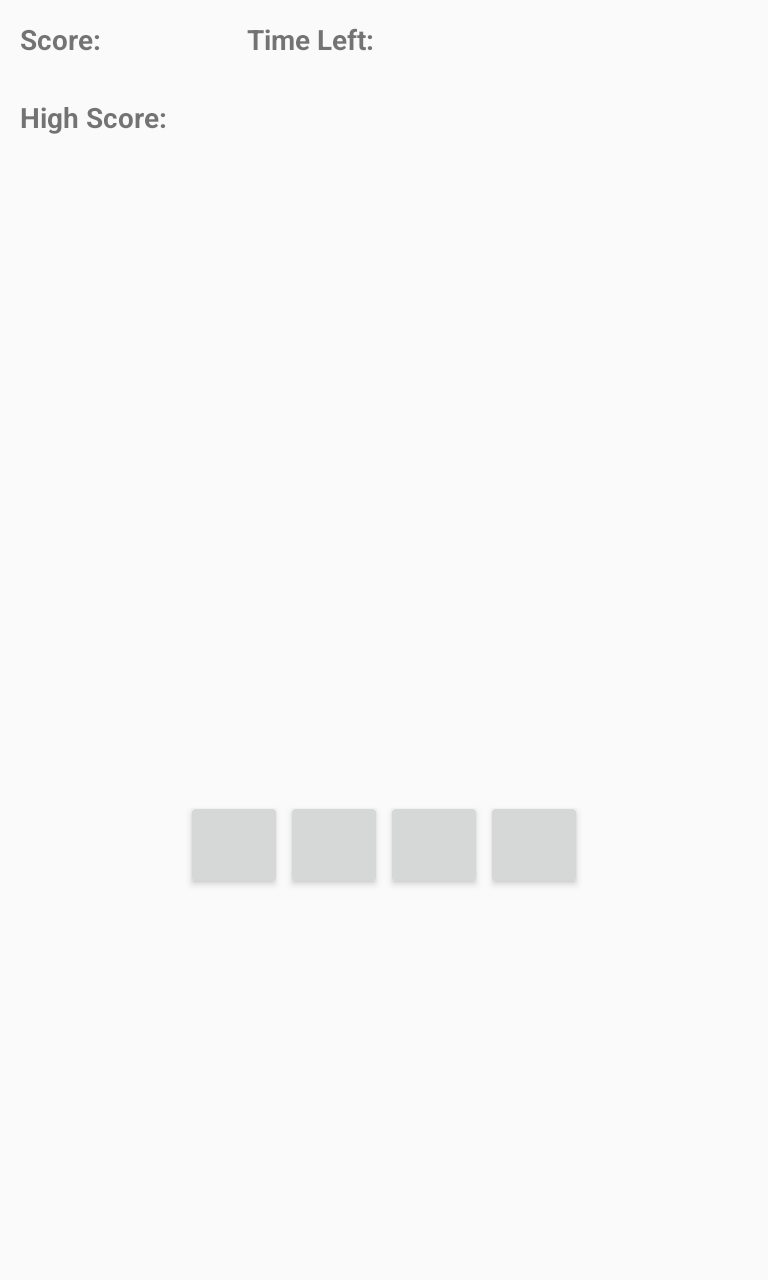
Repository: JoanneCaroll/Mathbomb
Layout: MathBomb/res/layout/activity_startgame.xml
An editor plug-in stored every save of this project. The layout is shown before and after the next save, followed by the edit.
It is drawn on a 768 x 1280 px phone screen (xhdpi) without system bars, with theme AppTheme; the app's code is not run.

Above is the layout before, as saved 2014-11-12 11:11:42.

### MathBomb/res/layout/activity_startgame.xml
<LinearLayout xmlns:android="http://schemas.android.com/apk/res/android"
    android:layout_gravity="center"
    android:orientation="vertical"
    android:layout_width="match_parent"
    android:layout_height="match_parent" >

	<TableLayout
	    android:layout_width="match_parent"
	    android:layout_height="wrap_content"
	    android:orientation="horizontal" >
	    <TableRow>
		    <TextView
		        android:padding="10dp"
		        android:id="@+id/score"
		        android:layout_width="wrap_content"
		        android:layout_height="wrap_content"
		        android:text="@string/score"
		        android:textStyle="bold" />
		    <TextView
		        android:id="@+id/showscore"
		        android:layout_width="20dp"
		        android:layout_height="wrap_content" />

		   <TextView
		        android:padding="10dp"
		        android:id="@+id/time"
		        android:layout_width="wrap_content"
		        android:layout_height="wrap_content"
		        android:text="@string/timeleft"
		        android:textStyle="bold" />
		    <TextView
		        android:id="@+id/showtimeleft"
		        android:layout_width="wrap_content"
		        android:layout_height="wrap_content" />
	    </TableRow>
	    <TableRow>
	    <TextView
		        android:padding="10dp"
		        android:id="@+id/highscore"
		        android:layout_width="wrap_content"
		        android:layout_height="wrap_content"
		        android:text="@string/highscore"
		        android:textStyle="bold" />
		    <TextView
		        android:id="@+id/showhighscore"
		        android:layout_width="wrap_content"
		        android:layout_height="wrap_content" />
		 </TableRow>
	</TableLayout>

    <RelativeLayout
            android:gravity="center"
            android:layout_width="match_parent"
            android:layout_height="wrap_content"
            android:padding="10dp" >

	     <TextView
		    android:id="@+id/integer1"
		    android:layout_width="wrap_content"
		    android:layout_height="wrap_content"
		    android:padding="5dp"
		    android:textSize="50dp" />
		 <TextView
		    android:layout_toRightOf="@id/integer1"
		    android:id="@+id/operator"
		    android:layout_width="wrap_content"
		    android:layout_height="wrap_content"
		    android:padding="5dp"
		    android:textSize="50dp" />
		 <TextView
		    android:layout_toRightOf="@id/operator"
		    android:id="@+id/integer2"
		    android:layout_width="wrap_content"
		    android:layout_height="wrap_content"
		    android:padding="5dp"
		    android:textSize="50dp" />

    </RelativeLayout>

	<TextView
	    	android:layout_gravity="center"
		    android:id="@+id/showresult"
		    android:layout_width="wrap_content"
		    android:layout_height="wrap_content"
		    android:textSize="15dp"
		    android:textStyle="bold"
		    android:padding="5dp" />

	<RelativeLayout
	        android:layout_width="match_parent"
	        android:layout_height="wrap_content"
	        android:gravity="center" >

		    <Button
		        android:layout_alignParentBottom="true"
		        android:id="@+id/choice1"
		        android:layout_width="50dp"
		        android:layout_height="wrap_content" />
		    <Button
		        android:layout_alignParentBottom="true"
		        android:id="@+id/choice2"
		        android:layout_toRightOf="@id/choice1"
		        android:layout_width="50dp"
		        android:layout_height="wrap_content" />
		    <Button
		        android:layout_alignParentBottom="true"
		        android:id="@+id/choice3"
		        android:layout_toRightOf="@id/choice2"
		        android:layout_width="50dp"
		        android:layout_height="wrap_content" />
		     <Button
		        android:layout_alignParentBottom="true"
		        android:id="@+id/choice4"
		        android:layout_toRightOf="@id/choice3"
		        android:layout_width="50dp"
		        android:layout_height="wrap_content" />

	</RelativeLayout>

</LinearLayout>

### MathBomb/res/values/strings.xml
<?xml version="1.0" encoding="utf-8"?>
<resources>

    <string name="app_name">MathBomb</string>
    <string name="action_settings">Settings</string>
    <string name="score">Score: </string>
    <string name="timeleft">Time Left: </string>
    <string name="highscore">High Score: </string>
    <string name="highscoretitle">HIGH SCORE</string>
    <string name="ok">Ok</string>
	<string name="setRange">Choose Range of Numbers: </string>

	<string name="menuplay">Play!</string>
	<string name="menuhighscore">High Score</string>
	<string name="menuhowtoplay">How to Play</string>
	<string name="menusettings">Settings</string>
	<string name="menuexit">Exit</string>

</resources>

Loaded but not shown: MathBomb/res/values/styles.xml (common file); MathBomb/res/values-v11/styles.xml (common file); MathBomb/res/values-v14/styles.xml (common file)

After the next save:
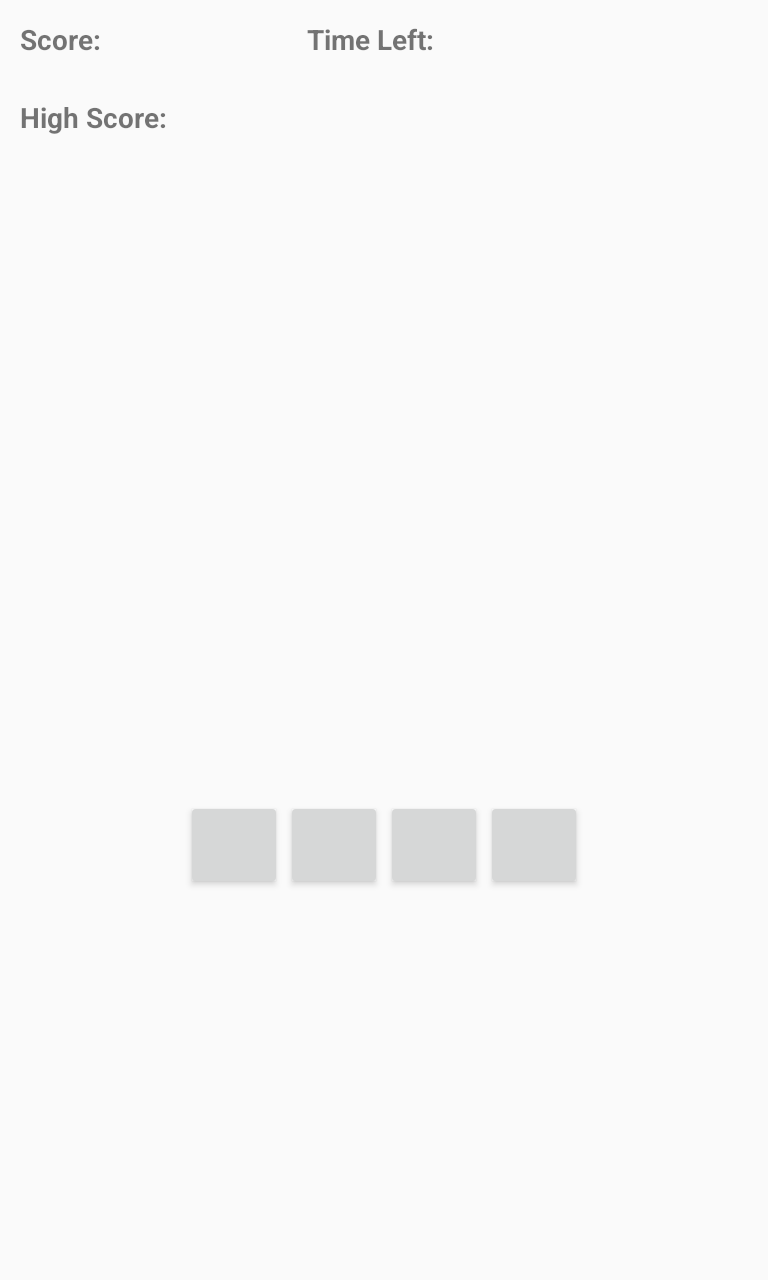
Saved 64 s later.
--- a/MathBomb/res/layout/activity_startgame.xml
+++ b/MathBomb/res/layout/activity_startgame.xml
@@ -18,7 +18,7 @@
 		        android:textStyle="bold" />
 		    <TextView
 		        android:id="@+id/showscore"
-		        android:layout_width="20dp"
+		        android:layout_width="50dp"
 		        android:layout_height="wrap_content" />
 
 		   <TextView
